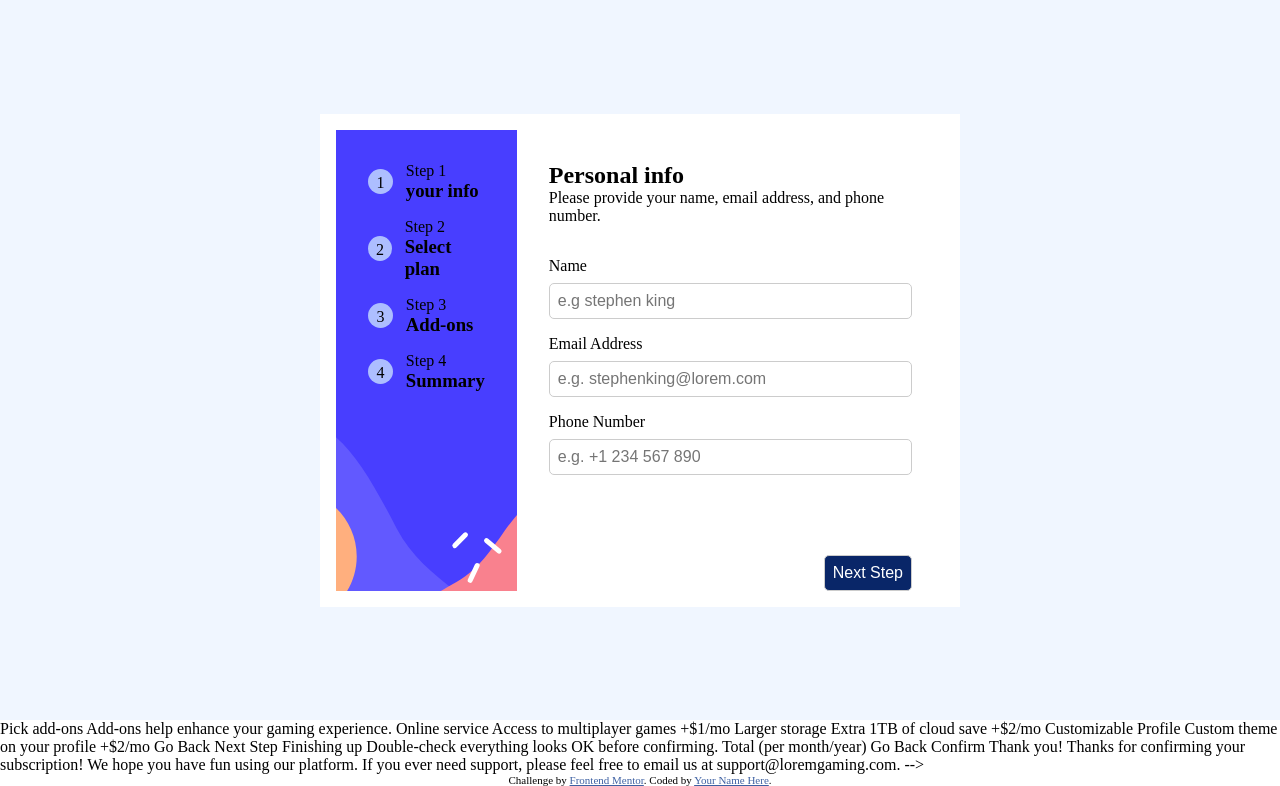
Repository: reemoon-ctrl/reemoon-ctrl.github.io
Page: index.html
The author's editor kept a copy of each file at every save. The page is drawn from the files as they stood at one save, then again after the next save.
The browser window is 1280 px wide. The pictures show the whole page.

Above is the page before, as saved 2025-04-29 09:49:04.

### index.html
<!DOCTYPE html>
<html lang="en">

<head>
  <meta charset="UTF-8">
  <meta name="viewport" content="width=device-width, initial-scale=1.0">
  <!-- displays site properly based on user's device -->

  <link rel="icon" type="image/png" sizes="32x32" href="./assets/images/favicon-32x32.png">
  <link rel="stylesheet" href="./style.css">
  <title>Frontend Mentor | Multi-step form</title>

  <!-- Feel free to remove these styles or customise in your own stylesheet 👍 -->
  <style>
    .attribution {
      font-size: 11px;
      text-align: center;
    }

    .attribution a {
      color: hsl(219, 45%, 44%);
    }
  </style>
</head>

<body>
  <div class="containerCenter">
    <div class="container">
      <div class="sidebar">
        <ul class="sidebarList">
          <li class="sidebar_ele">
            <div>1</div>
            <div>
              <p>Step 1</p>
              <h3>your info</h3>
            </div>
          </li>
          <li class="sidebar_ele">
            <div>2</div>
            <div>
              <p> Step 2</p>
              <h3>Select plan</h3>
            </div>

          </li>
          <li class="sidebar_ele">
            <div>3</div>
            <div>
              <p>Step 3</p>
              <h3>Add-ons</h3>
            </div>
          </li>
          <li class="sidebar_ele">
            <div>4</div>
            <div>
              <p>Step 4</p>
              <h3>Summary</h3>
            </div>

          </li>
        </ul>
      </div>
      <div class="main">
        <div class="formHeader">
          <h2>Personal info</h2>
          <p>Please provide your name, email address, and phone number.
          </p>
        </div>
        <form class="formContainer">
          <div class="formLabelInput">
            <label for="name">Name</label>
            <input type="text" id="name" name="name" placeholder="e.g stephen king">
          </div>
          <div class="formLabelInput">
            <label for="email">Email Address</label>
            <input type="email" id="email" name="email" placeholder="e.g. stephenking@lorem.com">
          </div>
          <div class="formLabelInput">
            <label for="phone">Phone Number</label>
            <input type="tel" name="phone number" placeholder="e.g. +1 234 567 890">
          </div>
          <div id="nextStep">
            <!-- <label for="username">Username:</label> -->
            <button type="button" id="nextStepbtn" name="next step">Next Step</button>
          </div>
        </form>

        <!-- Step 1 end -->
      </div>

    </div>
  </div>

  <!-- Sidebar start -->



  <!-- Sidebar end -->



  <!-- Step 2 start -->
  <!--
  Select your plan
  You have the option of monthly or yearly billing.

  Arcade
  $9/mo

  Advanced
  $12/mo

  Pro
  $15/mo

  Monthly
  Yearly

  Go Back
  Next Step

  <!-- Step 2 end -->

  <!-- Step 3 start -->

  Pick add-ons
  Add-ons help enhance your gaming experience.

  Online service
  Access to multiplayer games
  +$1/mo

  Larger storage
  Extra 1TB of cloud save
  +$2/mo

  Customizable Profile
  Custom theme on your profile
  +$2/mo

  Go Back
  Next Step

  <!-- Step 3 end -->

  <!-- Step 4 start -->

  Finishing up
  Double-check everything looks OK before confirming.

  <!-- Dynamically add subscription and add-on selections here -->

  Total (per month/year)

  Go Back
  Confirm

  <!-- Step 4 end -->

  <!-- Step 5 start -->

  Thank you!

  Thanks for confirming your subscription! We hope you have fun
  using our platform. If you ever need support, please feel free
  to email us at support@loremgaming.com. -->

  <!-- Step 5 end -->

  <div class="attribution">
    Challenge by <a href="https://www.frontendmentor.io?ref=challenge" target="_blank">Frontend Mentor</a>.
    Coded by <a href="#">Your Name Here</a>.
  </div>
</body>

</html>

### style.css
*{
    padding: 0;
    margin: 0;
    box-sizing:border-box;
}
.container{
    background: #ffffff;
    display: grid;
    grid-template-columns: 1fr 3fr;
    padding: 1rem;
    width:50%;
    height:fit-content;
    align-items: center;
    justify-content: center;
    align-content: center;;
    justify-items:center ;
    z-index: 100;
    /* margin-top: 25%; */
}
.containerCenter{
    height:100vh;
    display: flex;
    justify-content: center;
    align-items: center;
    align-content: center;
    background-color: #f0f6ff;

}
.main{
    padding: 2rem 2rem 0 2rem;
    display: grid;
}
.sidebar{
    height:100% ;
    padding: 2rem;
    background:no-repeat url(./assets/images/bg-sidebar-desktop.svg) center ;
}
.sidebarList{
    list-style: none;
    display: flex;
    flex-direction: column;
    gap: 1rem;
    justify-content: space-between;
    /* height: 100%; */
}
.sidebar_ele{
    display: flex;
    /* align-content:stretch; */
    gap: .8rem;
    align-items: center;
}
.sidebar_ele>div:first-child{
    width: 25px;
    height:25px;
    background-color: #adbeff;
    border: 1px bold white;
    border-radius: 50%;
    text-align: center;
    padding: 5px;
}
.formContainer{
    display: grid;
    grid-template-columns:1fr ;
    gap:1rem ;
}
.formHeader{
    padding-bottom: 2rem;
}
.formLabelInput{
    display: flex;
    flex-direction: column;
    gap:.5rem;
}
#nextStep{
    display: flex;
    justify-content:flex-end;
    align-items: center;
    /* background-color: #bff2f6; */
    padding-top: 4rem;
}
#nextStepbtn{
    padding: .5rem;
    border-radius: 5px;
    border: 1px solid #ccc;
    background-color: #092668;
    color: #fff;
    font-size: 1rem;
    /* color: #333; */
    cursor: pointer;
}
.formLabelInput>input{
    padding: .5rem;
    border-radius: 5px;
    border: 1px solid #ccc;
    background-color: #fff;
    font-size: 1rem;
    color: #333;
}

After the next save:
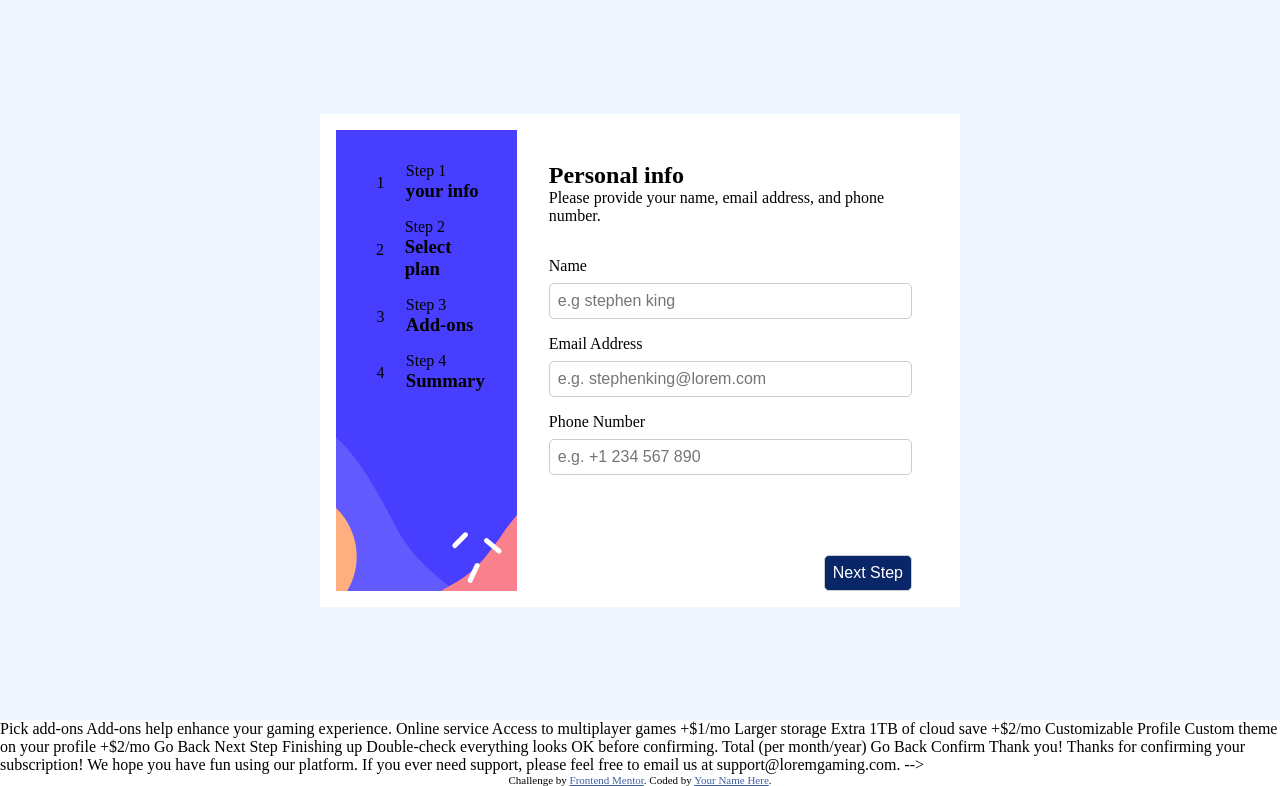
Saved 49 s later.
--- a/style.css
+++ b/style.css
@@ -52,7 +52,7 @@
 .sidebar_ele>div:first-child{
     width: 25px;
     height:25px;
-    background-color: #adbeff;
+    /* background-color: #adbeff; */
     border: 1px bold white;
     border-radius: 50%;
     text-align: center;
